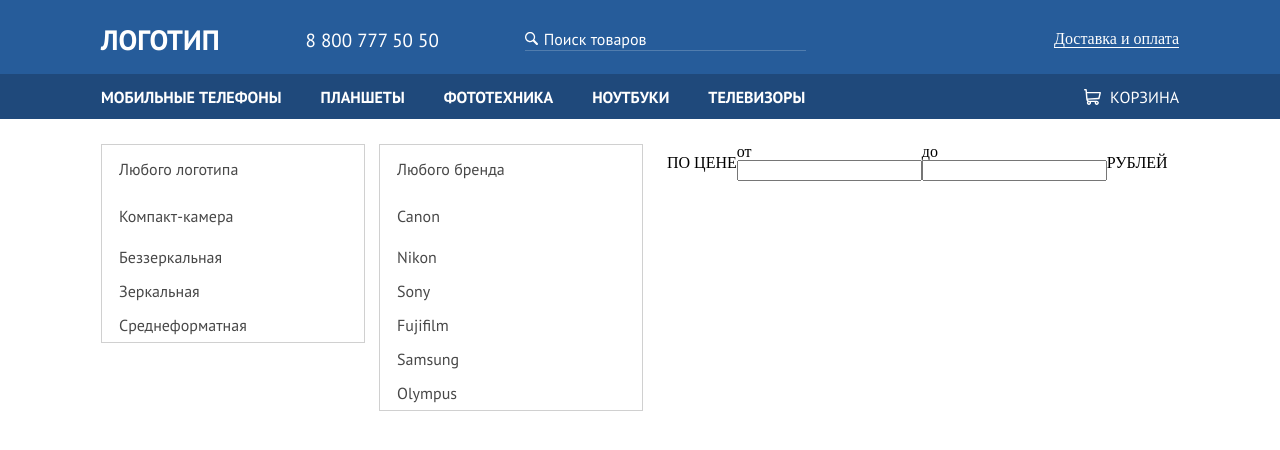
Repository: sem1103/WEBCompany
Page: index.html
The author's editor kept a copy of each file at every save. The page is drawn from the files as they stood at one save, then again after the next save.
The browser window is 1280 px wide. The pictures show the whole page.

Above is the page before, as saved 2024-01-11 20:44:27.

After the next save:
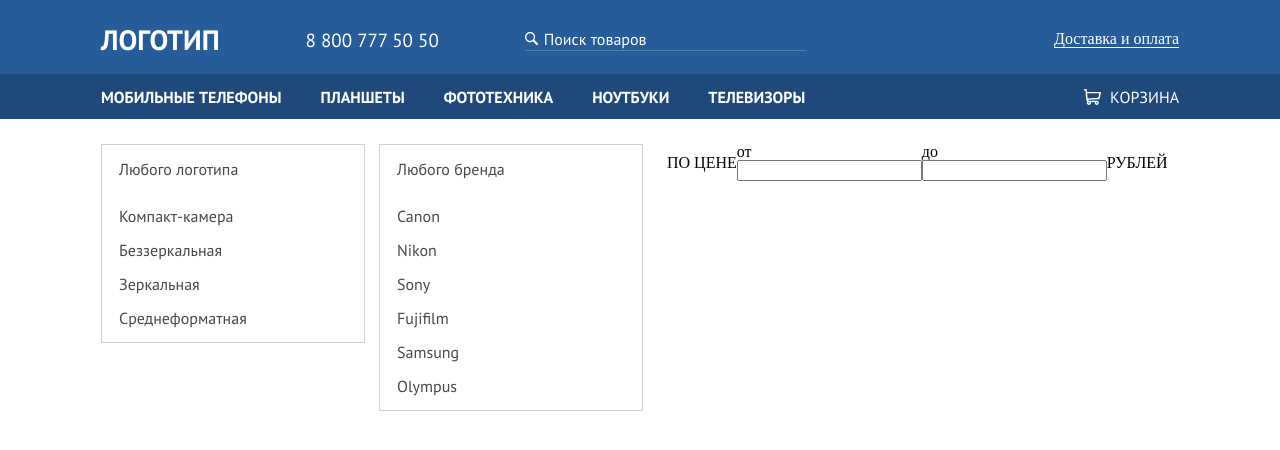
Saved 23 s later.
--- a/styles/main.css
+++ b/styles/main.css
@@ -126,6 +126,6 @@ nav li{
 .list p:first-child{
     margin-top: 7px;
 }
-.list p:first-child{
+.list p:last-child{
     margin-bottom: 7px;
 }
